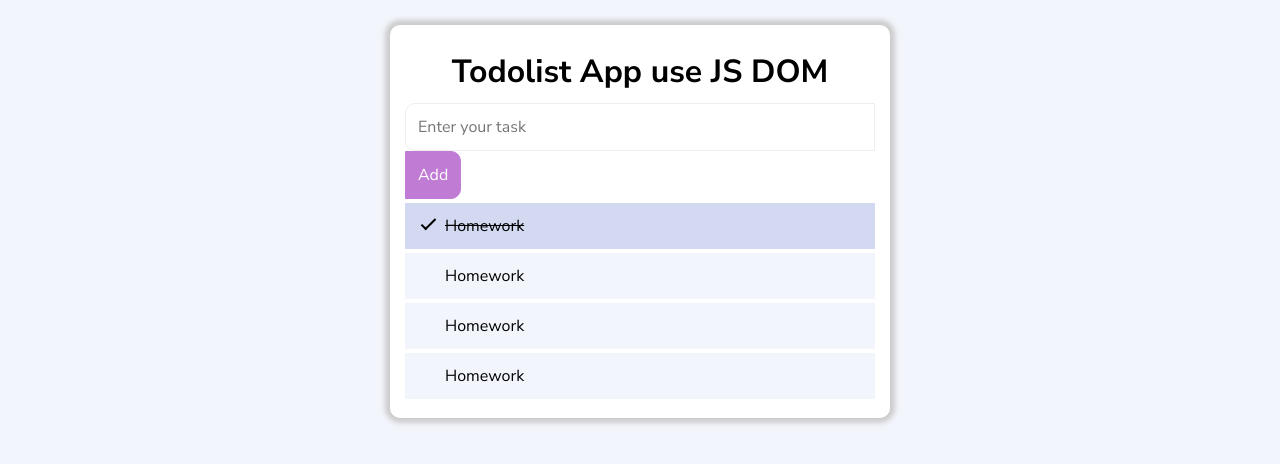
Repository: anhquan74-dev/todolist_app
Page: index.html
An editor plug-in stored every save of this project. The page is shown before and after the next save, followed by the edit.
The browser window is 1280 px wide. The pictures show the whole page.
Some web libraries are served in a nearby version.

Above is the page before, as saved 2022-07-21 16:20:58.

### index.html
<!DOCTYPE html>
<html lang="en">
  <head>
    <meta charset="UTF-8" />
    <meta http-equiv="X-UA-Compatible" content="IE=edge" />
    <meta name="viewport" content="width=device-width, initial-scale=1.0" />
    <title>TodoList Web Application</title>
    <link rel="stylesheet" href="style.css" />
    <link
      rel="stylesheet"
      href="https://cdnjs.cloudflare.com/ajax/libs/font-awesome/6.1.1/css/all.min.css"
      integrity="sha512-KfkfwYDsLkIlwQp6LFnl8zNdLGxu9YAA1QvwINks4PhcElQSvqcyVLLD9aMhXd13uQjoXtEKNosOWaZqXgel0g=="
      crossorigin="anonymous"
      referrerpolicy="no-referrer"
    />
  </head>
  <body>
    <div class="todo-app">
      <h1>Todolist App use JS DOM</h1>
      <div class="form-control">
        <input id="input-text" type="text" placeholder="Enter your task" />
        <button class="add-btn">Add</button>
      </div>
      <ul id="list-item">
        <li class="item checked">
          Homework
          <span class="close-btn"><i class="fa-solid fa-pen-to-square"></i></i></span>
          <span class="close-btn"><i class="fa-solid fa-trash-can"></i></span>
        </li>
        <li class="item">
          Homework
          <span class="close-btn"><i class="fa-solid fa-trash-can"></i></span>
        </li>
        <li class="item">
          Homework
          <span class="close-btn"><i class="fa-solid fa-trash-can"></i></span>
        </li>
        <li class="item">
          Homework
          <span class="close-btn"><i class="fa-solid fa-trash-can"></i></span>
        </li>
      </ul>
    </div>
    <script src="main.js"></script>
  </body>
</html>

### style.css
@import url('https://fonts.googleapis.com/css2?family=Nunito+Sans:ital,wght@0,300;0,400;0,600;0,700;0,800;0,900;1,300;1,400;1,600;1,700;1,800;1,900&display=swap');

*, *::after, *::before {
    margin: 0;
    padding: 0;
    box-sizing: border-box;
}
button, input,
body {
    font-family: 'Nunito Sans', sans-serif;
    background-color: #f3f5fc;
}

input {
    background-color: white;

}

.todo-app {
    background-color: white;
    max-width: 500px;
    margin: 25px auto;
    border-radius: 10px;
    padding: 15px;
    box-shadow: 0px 0px 5px 5px #ccc;
}

h1 {
    text-align: center;
    margin: 10px;
}

form {
    display: flex;
    align-items: center;
}

#input-text {
    font-size: 16px;
    padding: 12px;
    width: 100%;
    outline: none;
    border: 1px solid #eee;
    border-radius: 10px 0px 0px 10px;
}

.add-btn {
    font-size: 16px;
    padding: 12px;
    outline: none;
    border: 1px solid #c07cd4;
    border-radius: 0px 10px 10px 0px;
    cursor: pointer;
    background-color: #c07cd4;
    color: white;
}

.add-btn:hover {
    background-color: #a13bc0;
    border: 1px solid #a13bc0;
}

.list-item {
    list-style-type:none;
    margin-top: 20px;
}

.item {
    padding: 12px 12px 12px 40px;
    background-color: #f3f5fc;
    margin:4px 0;
    position: relative;
    overflow: hidden;
    cursor: pointer;
}

.item span {
    padding: 12px 16px;
    color: white;
    display: block;
    background-color: #fa383e;
    position: absolute;
    top: 0;
    left: 100%;
    opacity: 1;
    transition: all 0.2s ease-in-out;
    cursor: pointer;
}

.item:hover  span{
    opacity: 1;
    transform: translateX(-100%);
}

.item span:hover {
    background-color: rgba(216, 29, 29, 0.795);
}

li.checked {
    background-color: #d2d9f0;
    text-decoration: line-through;
}

ul li.checked::before {
    content: '';
    position: absolute;
    border-color: black;
    border-style: solid;
    border-width: 0 2px 2px 0;
    top: 12px;
    left: 20px;
    transform: rotate(45deg);
    height: 15px;
    width: 7px;
  }

### main.js
var list = document.querySelector("ul");
list.addEventListener("click", function (ev) {
  if (ev.target.nodeName === "LI") {
    ev.target.classList.toggle("checked");
  }
});

var close = document.getElementsByClassName("close-btn");
var i;
for (i = 0; i < close.length; i++) {
  close[i].onclick = function () {
    var div = this.parentElement;
    div.style.display = "none";
  };
}
//
function newElement() {
  var li = document.createElement("li");
  var inputValue = document.getElementById("input-text").value;
  var t = document.createTextNode(inputValue);
  li.appendChild(t);
  li.className = "item";
  if (inputValue === "") {
    alert("You must write something!");
  } else {
    document.getElementById("list-item").appendChild(li);
  }
  document.getElementById("input-text").value = "";

  var span = document.createElement("SPAN");
  span.className = "close-btn";
  span.innerHTML = '<i class="fa-solid fa-trash-can">';
  li.appendChild(span);

  for (i = 0; i < close.length; i++) {
    close[i].onclick = function () {
      var div = this.parentElement;
      div.style.display = "none";
    };
  }
}

After the next save:
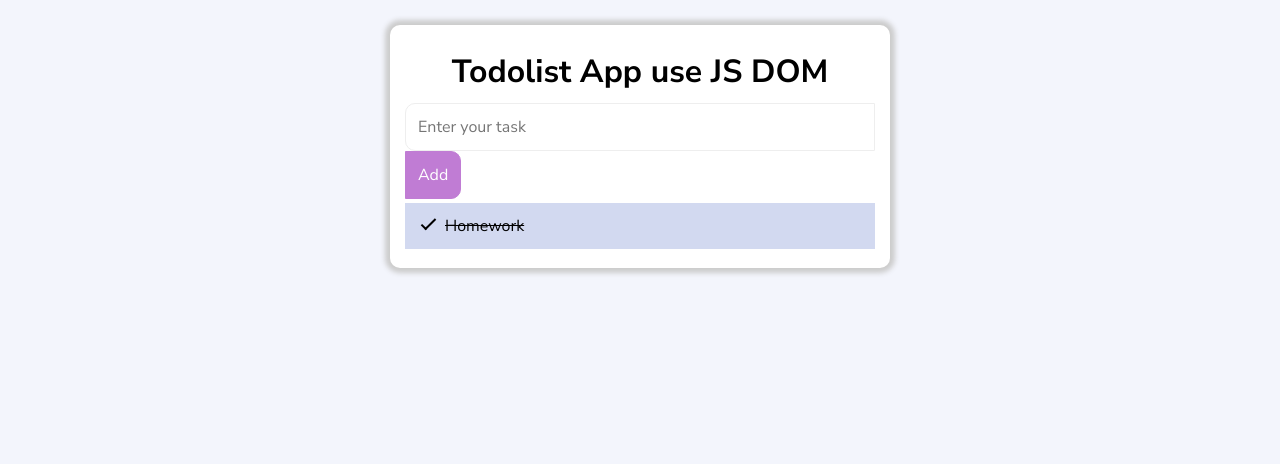
Saved 10 s later.
--- a/index.html
+++ b/index.html
@@ -27,18 +27,7 @@
           <span class="close-btn"><i class="fa-solid fa-pen-to-square"></i></i></span>
           <span class="close-btn"><i class="fa-solid fa-trash-can"></i></span>
         </li>
-        <li class="item">
-          Homework
-          <span class="close-btn"><i class="fa-solid fa-trash-can"></i></span>
-        </li>
-        <li class="item">
-          Homework
-          <span class="close-btn"><i class="fa-solid fa-trash-can"></i></span>
-        </li>
-        <li class="item">
-          Homework
-          <span class="close-btn"><i class="fa-solid fa-trash-can"></i></span>
-        </li>
+
       </ul>
     </div>
     <script src="main.js"></script>
